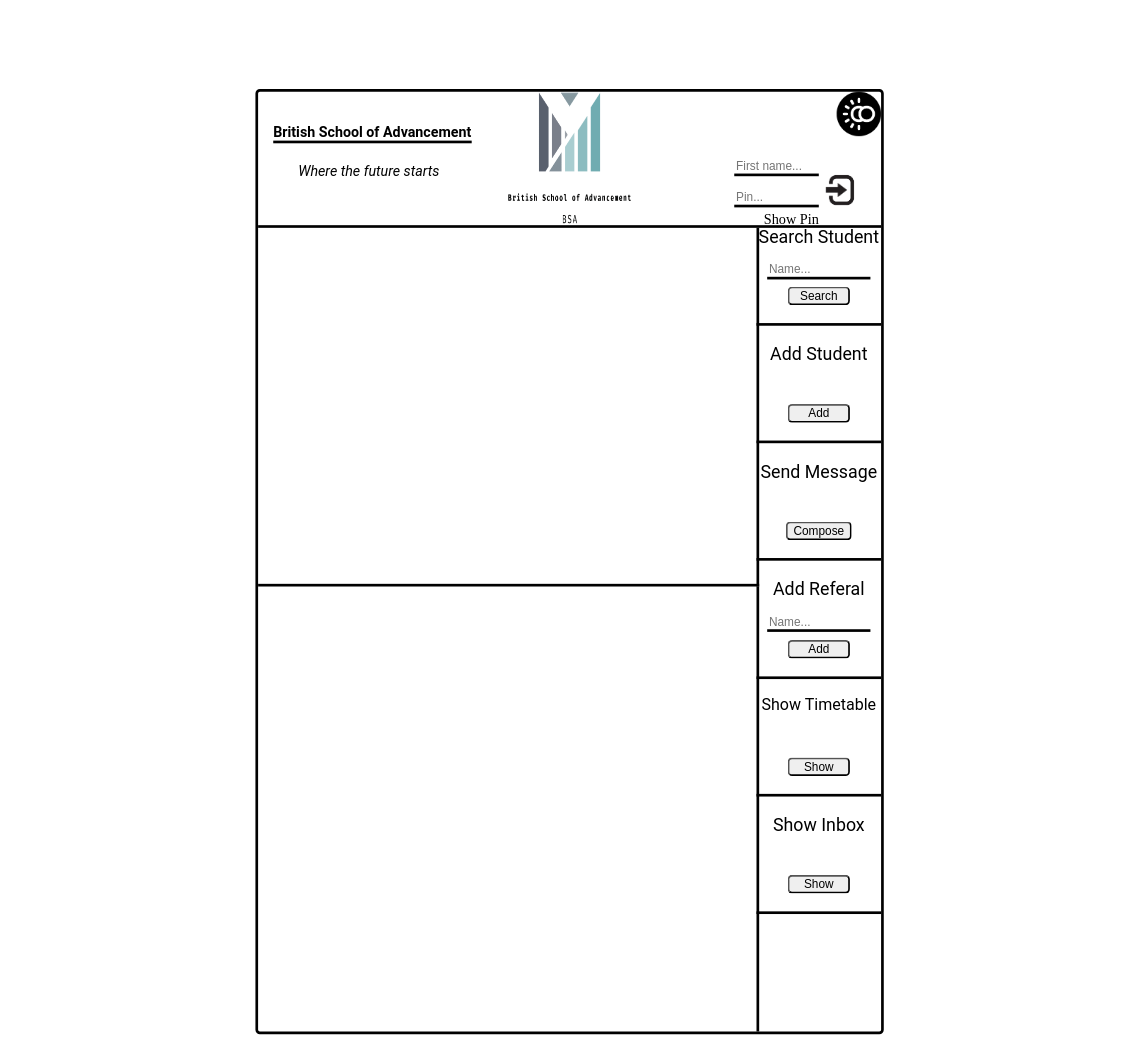
Repository: ghend99/Guardian-Application
Page: index.html
These files come from the project's save history. The page is drawn as it stood at one moment and after the next save; the edit follows.
The browser window is 1280 px wide. The pictures show the whole page, at 89% of full size.

Above is the page before, as saved 2023-06-06 16:41:12.

### index.html
<!DOCTYPE html>
<html lang="en">
  <head>
    <meta charset="UTF-8" />
    <meta http-equiv="X-UA-Compatible" content="IE=edge" />
    <meta name="viewport" content="width=device-width, initial-scale=1.0" />
    <title>Document</title>
    <link rel="stylesheet" href="style.css" />
  </head>
  <body>
    <div id="main-container">
      <div id="header-container">
        <div id="header-container-left-section">
          <p id="header-school-name" class="page-headers">
            British School of Advancement
          </p>
          <p id="header-school-slogan" class="page-headers">
            Where the future starts
          </p>
        </div>
        <div id="header-container-middle-section">
          <img class="header-middle-section-logo" src="./images/logo.png" />
        </div>
        <div id="header-container-right-section">
          <input
            id="header-login-input-fullname"
            class="login-input-fullname login-input input"
            type="text"
            placeholder="First name..."
          />
          <input
            id="header-login-input-pin"
            class="login-input-pin login-input input"
            placeholder="Pin..."
            type="password"
          />
          <p id="show-pin-header">Show Pin</p>
          <img
            id="header-login-button"
            class="login-button"
            src="./images/login-button.png"
          />
          <img class="header-dark-mode-toggle" src="./images/dark-mode.png" />
          <img class="login-modal-open" src="./images/login.png" />
        </div>
      </div>
      <div id="sidebar-container">
        <div id="sidebar-link-container1" class="sidebar-link-container">
          <p class="sidebar-link-header page-headers">Search Student</p>
          <input class="sidebar-input input" placeholder="Name..." />
          <button class="sidebar-search-button submit-button">Search</button>
        </div>
        <div id="sidebar-link-container2" class="sidebar-link-container">
          <p class="sidebar-link-header page-headers">Add Student</p>
          <button id="add-student" class="sidebar-search-button submit-button">
            Add
          </button>
        </div>
        <div id="sidebar-link-container3" class="sidebar-link-container">
          <p class="sidebar-link-header page-headers">Send Message</p>
          <button
            id="compose-message-open"
            class="sidebar-search-button submit-button"
          >
            Compose
          </button>
        </div>
        <div id="sidebar-link-container4" class="sidebar-link-container">
          <p class="sidebar-link-header page-headers">Add Referal</p>
          <input
            id="add-referal-fullname"
            class="sidebar-input input"
            placeholder="Name..."
          />
          <button id="add-referal" class="sidebar-search-button submit-button">
            Add
          </button>
        </div>
        <div id="sidebar-link-container5" class="sidebar-link-container">
          <p
            id="show-timetable-heading"
            class="sidebar-link-header page-headers"
          >
            Show Timetable
          </p>
          <button
            id="timetable-open"
            class="sidebar-search-button submit-button"
          >
            Show
          </button>
        </div>
        <div id="sidebar-link-container6" class="sidebar-link-container">
          <p class="sidebar-link-header page-headers">Show Inbox</p>
          <button id="inbox-open" class="sidebar-search-button submit-button">
            Show
          </button>
        </div>
        <div id="sidebar-link-container7" class="sidebar-link-container">
          <p class="sidebar-link-header page-headers">Update Timetable</p>
          <button
            id="update-timetable"
            class="sidebar-search-button submit-button"
          >
            Show
          </button>
        </div>
      </div>
      <img class="sidebar-open" src="./images/menu.png" />

      <div id="student-information-container">
        <h1
          id="student-information-name-header"
          class="student-information page-headers"
        >
          Student Name:
        </h1>
        <h3 class="student-information student-information-general-header">
          General Information
        </h3>
        <p id="student-information-first-name" class="student-information">
          First Name:
        </p>
        <p id="student-information-last-name" class="student-information">
          Last Name:
        </p>
        <p id="student-information-year" class="student-information">
          Year Group:
        </p>
        <p id="student-information-referals" class="student-information">
          Referals:
        </p>
        <p id="password-reset" class="student-information">Reset Password</p>
      </div>

      <div id="student-management-container">
        <p class="student-management-heading"></p>
        <img id="student-management-close" src="./images/close.png" />
        <div id="timetable-container"></div>
        <div id="inbox-container">
          <div id="inbox-header">
            <p>Date</p>
            <p>Sender</p>
            <p>Reciever</p>
            <p>Subject</p>
            <p>Message</p>
          </div>
          <div id="inbox-line">
            <p></p>
            <p></p>
            <p></p>
            <p></p>
            <p></p>
          </div>
        </div>
      </div>
    </div>

    <div id="login-modal-container">
      <h1 class="login-modal-header modal-header page-headers">Login</h1>
      <img
        id="login-modal-close"
        class="modal-close"
        src="./images/close.png"
      />
      <input
        id="login-modal-fullname"
        class="login-input-fullname login-modal-input input"
        type="text"
        placeholder="Full name..."
      />
      <input
        id="login-modal-pin"
        class="login-input-pin login-modal-input input"
        type="number"
        placeholder="Pin..."
      />
      <p id="login-modal-show-pin">Show Pin</p>
      <input id="login-modal-submit" class="submit-button" type="submit" />
    </div>

    <div id="create-account-container">
      <p id="create-account-header" class="modal-header page-headers">
        Add Student Details
      </p>
      <img
        id="create-account-close"
        class="modal-close"
        src="./images/close.png"
      />
      <input
        id="create-account-first-name"
        class="create-account-input input"
        placeholder="First name..."
      />
      <input
        id="create-account-last-name"
        class="create-account-input input"
        placeholder="Last name..."
      />
      <input
        id="create-account-year"
        class="create-account-input input"
        placeholder="Year..."
      />
      <input
        id="create-account-pin"
        class="create-account-input input"
        placeholder="Year..."
      />

      <input
        id="create-account-repin"
        class="create-account-input input"
        placeholder="Year..."
      />
      <input id="create-account-submit" class="submit-button" type="submit" />
    </div>

    <div id="compose-message-container" class="">
      <p id="compose-message-header" class="modal-header">Compose Message</p>
      <img
        id="compose-message-close"
        class="modal-close"
        src="./images/close.png"
      />
      <input
        id="compose-message-reciever"
        class="compose-message-input input"
        type="text"
        placeholder="Reciever..."
      />
      <input
        id="compose-message-title"
        class="compose-message-input input"
        type="text"
        placeholder="Subject..."
      />
      <textarea
        id="compose-message-text-area"
        placeholder="Message..."
      ></textarea>
      <input id="compose-message-submit" class="submit-button" type="submit" />
    </div>

    <div id="password-reset-container">
      <p id="password-reset-header" class="modal-header page-headers">
        Pin Reset
      </p>
      <img
        id="password-reset-close"
        class="modal-close"
        src="./images/close.png"
      />
      <input
        id="password-reset-old"
        class="password-reset-input input"
        type="number"
        placeholder="Old Pin..."
      />
      <input
        id="password-reset-new"
        class="password-reset-input input"
        type="number"
        placeholder="New Pin..."
      />
      <input
        id="password-reset-new-retype"
        class="password-reset-input input"
        type="number"
        placeholder="New Pin..."
      />
      <input id="password-reset-submit" class="submit-button" type="submit" />
    </div>
    <script src="functions.js"></script>
    <script src="elements.js"></script>
    <script src="buttons.js"></script>
    <script src="message.js"></script>
    <script src="timetable.js"></script>
  </body>
</html>

### style.css
button {
  cursor: pointer;
}

.input {
  background-color: transparent;
  text-decoration: none;
  border: none;
  border-bottom: solid;
  outline: none;
}

.page-headers {
  font-family: "Roboto", Arial;
}

.modal-header {
  font-size: 30px;
  font-weight: bold;
  margin-top: 10px;
}

.dark-mode {
  background-color: black;
  color: white;
  border: solid;
  border-radius: 5px;
}

.input-dark-mode {
  color: white;
  border-color: white;
}

.button-dark-mode {
  color: white;
  background-color: black;
}

#main-container {
  position: relative;
  left: 50%;
  transform: translate(-50%);
  max-width: 50%;
  min-width: 700px;
  max-height: 1200px;
  min-height: 1000px;
  margin-top: 100px;
  border: solid;
  border-radius: 5px;
}

#header-container {
  display: grid;
  grid-template-columns: 1fr 1fr 1fr;
  grid-template-rows: 1fr;
  max-height: 200px;
  min-height: 150px;
  width: 100%;
  border-bottom: solid;
}

#header-school-name {
  position: absolute;
  top: 20px;
  left: 17px;
  font-size: clamp(1rem, 1vw, 2rem);
  font-weight: bold;
  border-bottom: solid;
}

#header-school-slogan {
  position: absolute;
  top: clamp(5%, 70px, 80px);
  left: clamp(45px, 5%, 70px);
  font-size: clamp(0.9rem, 1.5vw, 1rem);
  margin-top: 10px;
  font-style: italic;
}

#header-container-middle-section {
  display: flex;
  justify-content: center;
}

.header-middle-section-logo {
  width: 60%;
}

#header-login-input-fullname {
  position: absolute;
  top: 75px;
  width: 13%;
  right: 10%;
}

#header-login-input-pin {
  position: absolute;
  top: 110px;
  width: 13%;
  right: 10%;
}

#show-pin-header {
  position: absolute;
  top: 135px;
  right: 10%;
  margin: 0;
}

#header-login-button {
  position: absolute;
  width: 50px;
  right: 3%;
  top: 85px;
}

.header-dark-mode-toggle {
  position: absolute;
  width: 50px;
  top: 0;
  right: 0;
  cursor: pointer;
}

.login-modal-open {
  display: none;
}

#sidebar-container {
  position: absolute;
  display: grid;
  grid-template-columns: 1fr;
  grid-template-rows: 1fr 1fr 1fr 1fr 1fr 1fr 1fr;
  right: 0;
  bottom: 0;
  max-width: 30%;
  min-width: 20%;
  max-height: 1000px;
  min-height: 925px;
}

#sidebar-link-container1 {
  justify-content: center;
}

/* #sidebar-link-container6 {
  border-bottom: none;
} */

#sidebar-link-container7 {
  display: none;
  border-bottom: none;
}

.sidebar-link-container {
  position: relative;
  display: flex;
  justify-content: center;
  border-bottom: solid;
}

.sidebar-link-header {
  position: absolute;
  font-size: 20px;
}

.sidebar-input {
  position: absolute;
  margin-top: 60px;
  width: 80%;
}

.sidebar-search-button {
  position: absolute;
  max-width: 75%;
  min-width: 70px;
  bottom: 20px;
  border-radius: 5px;
}

.sidebar-open {
  position: absolute;
  width: 50px;
  right: 0;
  top: 155px;
  display: none;
}

#student-information-container {
  max-height: 800px;
  min-height: 400px;
  max-width: 80%;
  min-width: 50%;
  border-bottom: solid;
  border-right: solid;
}

#student-information-name-header {
  font-size: 30px;
  font-weight: bold;
  border-bottom: solid;
  width: fit-content;
  margin-left: 30px;
  margin-top: 0;
}

.student-information {
  margin-left: 40px;
  display: none;
}

.student-information-general-header {
  font-size: 24px;
  font-weight: bold;
  padding-left: 40px;
}

#password-reset {
  border-bottom: solid;
  font-weight: bold;
  width: fit-content;
  cursor: pointer;
}

#student-management-container {
  max-width: 80%;
  min-width: 50%;
  max-height: 600px;
  min-height: 500px;
  border-right: solid;
}

.student-management-heading {
  display: inline-block;
  font-size: 30px;
  margin: 0;
  margin-left: 20px;
  width: fit-content;
}

#student-management-close {
  position: absolute;
  bottom: 45.7%;
  right: 21%;
  width: 30px;
  cursor: pointer;
  display: none;
}

#timetable-container {
  position: relative;
  display: grid;
  grid-gap: 1em;
  grid-template-rows: repeat(var(--grid-rows), 1fr);
  grid-template-columns: repeat(var(--grid-cols), 1fr);
  /* top: 50px; */
  overflow: scroll;
  max-height: 90%;
  min-height: 466px;
  /* max-width: 99.6%;
  min-width: 250px; */
  display: none;
}

:root {
  --grid-cols: 1;
  --grid-rows: 1;
}

.grid-item {
  padding: 1em;
  border: 1px solid #ddd;
  text-align: center;
}

#timetable-input {
  width: 100px;
}

#inbox-container {
  max-height: 90%;
  min-height: 466px;
  max-width: 99.6%;
  min-width: 250px;
  display: none;
}

#inbox-header {
  position: relative;
  display: grid;
  grid-template-columns: 1fr 1fr 1fr 1fr 1fr;
  grid-template-rows: 1fr;
  width: 100%;
  height: 50px;
  /* background-color: aqua; */
  overflow-y: auto;
  font-family: "Roboto", Arial;
}

#inbox-line {
  position: relative;
  display: grid;
  grid-template-columns: 1fr 1fr 1fr 1fr 1fr;
  grid-template-rows: 1fr;
  row-gap: 20px;
  width: 100%;
  height: 50px;
  /* background-color: darkorange; */
  overflow-y: auto;
  font-family: "EB Garamond", Arial;
}

#login-modal-container,
#create-account-container,
#compose-message-container,
#password-reset-container {
  position: absolute;
  left: 50%;
  top: 30%;
  transform: translate(-50%);
  text-align: center;
  border: solid;
  border-radius: 5px;
  display: none;
}

#login-modal-container {
  max-width: 40%;
  min-width: 300px;
  max-height: 400px;
  min-height: 300px;
  text-align: center;
  border: solid;
  border-radius: 5px;
  display: none;
  background-color: whitesmoke;
  cursor: pointer;
}

#login-modal-fullname {
  position: absolute;
  top: 120px;
  left: 50px;
}

#login-modal-pin {
  position: absolute;
  top: 170px;
  left: 50px;
}

#login-modal-show-pin {
  position: absolute;
  top: 200px;
  left: 50px;
  margin: 0;
  font-size: 14px;
  cursor: pointer;
}

#login-modal-submit {
  left: 15%;
}

#login-modal-submit,
#create-account-submit,
#compose-message-submit,
#password-reset-submit {
  position: absolute;
  bottom: 20px;
  max-height: 60px;
  min-height: 30px;
  max-width: 20%;
  min-width: 200px;
}

#create-account-container {
  max-width: 60%;
  min-width: 400px;
  max-height: 600px;
  min-height: 500px;
}

.create-account-input,
.compose-message-input,
.password-reset-input {
  position: absolute;
  left: 30px;
}

#create-account-first-name {
  top: 80px;
}

#create-account-last-name {
  top: 150px;
}

#create-account-year {
  top: 220px;
}

#create-account-pin {
  top: 290px;
}

#create-account-submit {
  left: 25%;
}

#create-account-repin {
  position: absolute;
  top: 360px;
  left: 30px;
}

#compose-message-container {
  max-width: 60%;
  min-width: 400px;
  max-height: 600px;
  min-height: 500px;
}

.modal-close {
  position: absolute;
  width: 30px;
  right: 0;
  top: 0;
  cursor: pointer;
}

#compose-message-reciever {
  top: 80px;
}

#compose-message-title {
  top: 130px;
}

#compose-message-text-area {
  position: absolute;
  top: 35%;
  left: 30px;
  max-height: 80%;
  min-height: 230px;
  max-width: 100%;
  min-width: 280px;
}

#compose-message-submit {
  left: 25%;
}

#password-reset-container {
  max-width: 40%;
  min-width: 300px;
  max-height: 400px;
  min-height: 300px;
}

#password-reset-new {
  top: 120px;
}

#password-reset-new-retype {
  top: 165px;
}

#password-reset-submit {
  left: 17%;
}

@media screen and (min-width: 0) and (max-width: 1600px) {
  #show-timetable-heading {
    font-size: 18px;
  }
}

@media screen and (min-width: 0) and (max-width: 720px) {
  #main-container {
    max-width: 600px;
    min-width: 300px;
  }

  #header-container {
    grid-template-columns: 1fr 1fr;
  }

  .header-middle-section-logo,
  #header-login-input-fullname,
  #header-login-input-pin,
  #show-pin-header,
  #header-login-button {
    display: none;
  }

  .login-modal-open {
    position: absolute;
    display: block;
    right: 0;
    top: 100px;
    width: 50px;
  }

  #sidebar-container {
    display: none;
  }

  .sidebar-link-header {
    font-size: 12px;
  }

  .sidebar-open {
    display: block;
  }

  .student-information-name-header {
    margin-left: 15px;
  }

  .student-information-general-header {
    margin-left: 25px;
    padding: 0;
  }

  .student-information {
    margin-left: 28px;
  }
}

### message.js
const sendMessage = function () {
  const message = composeMessageText.value;
  const subject = composeMessageSubject.value;
  const reciever = composeMessageReciever.value;
  const target = students.find((stu) => stu.fullName === `${reciever}`);
  const date = new Date(Date.now()).toLocaleString();
  console.log(date);
  console.log(message, subject, reciever, target);
  if (target === undefined) {
    alert("Not a valid message reciercer");
  } else {
    target.inbox.push(message);
    target.from.push(currentAccount.fullName);
    target.subject.push(subject);
    target.date.push(date);
    // currentAccount.sent.push(message);
    // currentAccount.date.push(date);
    composeMessageReciever.value = "";
    composeMessageText.value = "";
    composeMessageSubject.value = "";
    localStorage.setItem("students", JSON.stringify(students));
    alert("Message Sent");
    // updateInbox(target, currentAccount, message, subject);
  }
};

// const updateInbox = function (target, currentAccount, message, subject) {
//   const html = ` <div id="inbox-line">
//   <p>${new Date(Date.now()).toLocaleString()}</p>
//   <p>${currentAccount.fullName}</p>
//   <p>${target.fullName}</p>
//   <p>${subject}</p>
//   <p>${message}</p>
// </div>
//   `;
//   inboxLine.insertAdjacentHTML("beforebegin", html);
// };

const updateInboxLoad = function (target) {
  getStudentsLocalStorage();
  for (let i = 0; i < currentAccount.inbox.length; i++) {
    const html = `<div id="inbox-line">
  <p>${currentAccount.date[i]}</p>
  <p>${currentAccount.from[i]}</p>
  <p>${currentAccount.fullName}</p>
  <p>${currentAccount.subject[i]}</p>
  <p>${currentAccount.inbox[i]}</p>
</div>
  `;
    inboxLine.insertAdjacentHTML("beforebegin", html);
  }
};
// updateInboxLoad();

Loaded but not shown: timetable.js (295 lines, source omitted); functions.js (221 lines, source omitted); elements.js (95 lines, source omitted); buttons.js (105 lines, source omitted)

After the next save:
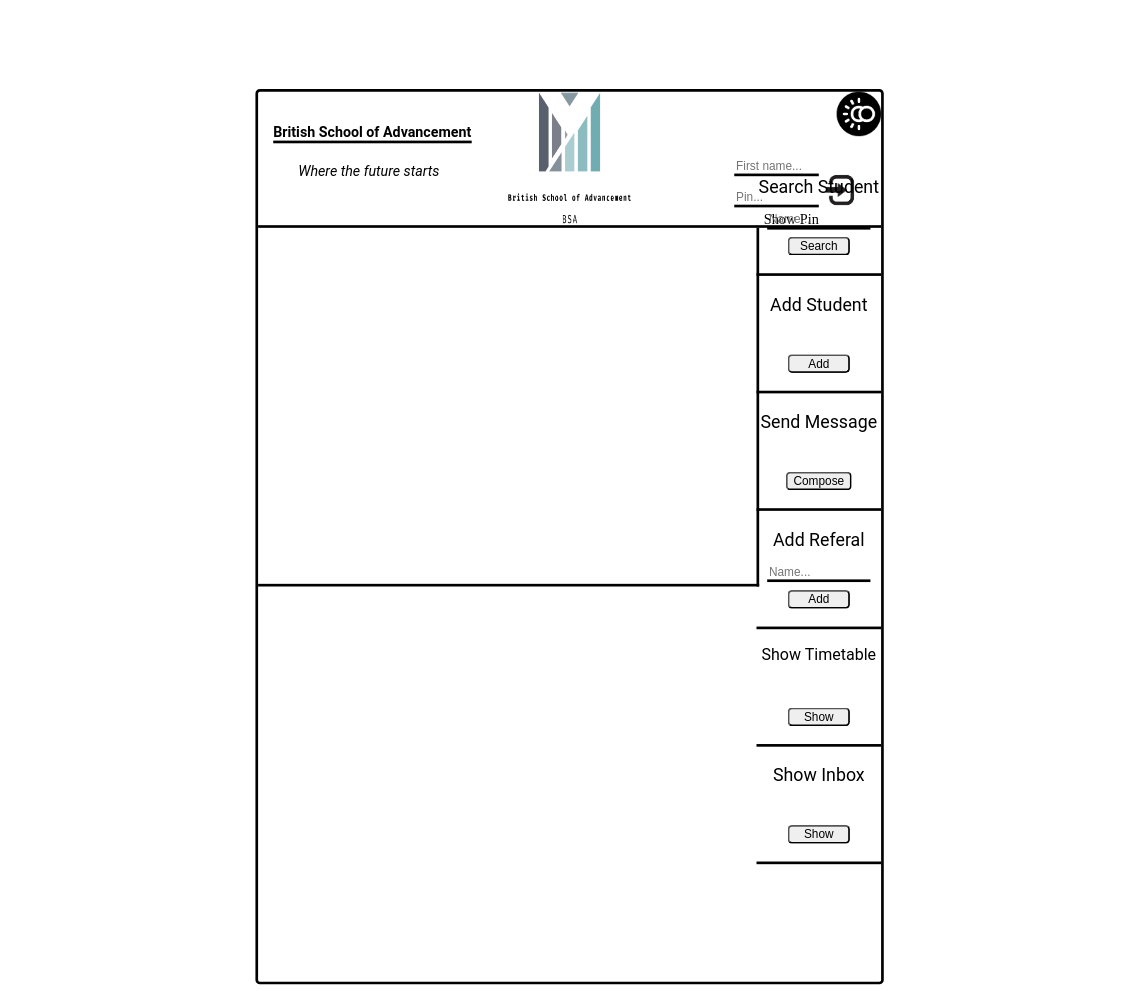
Saved 11 s later.
--- a/style.css
+++ b/style.css
@@ -229,6 +229,7 @@
   max-height: 600px;
   min-height: 500px;
   border-right: solid;
+  display: none;
 }
 
 .student-management-heading {
@@ -245,7 +246,6 @@
   right: 21%;
   width: 30px;
   cursor: pointer;
-  display: none;
 }
 
 #timetable-container {

After the save that followed:
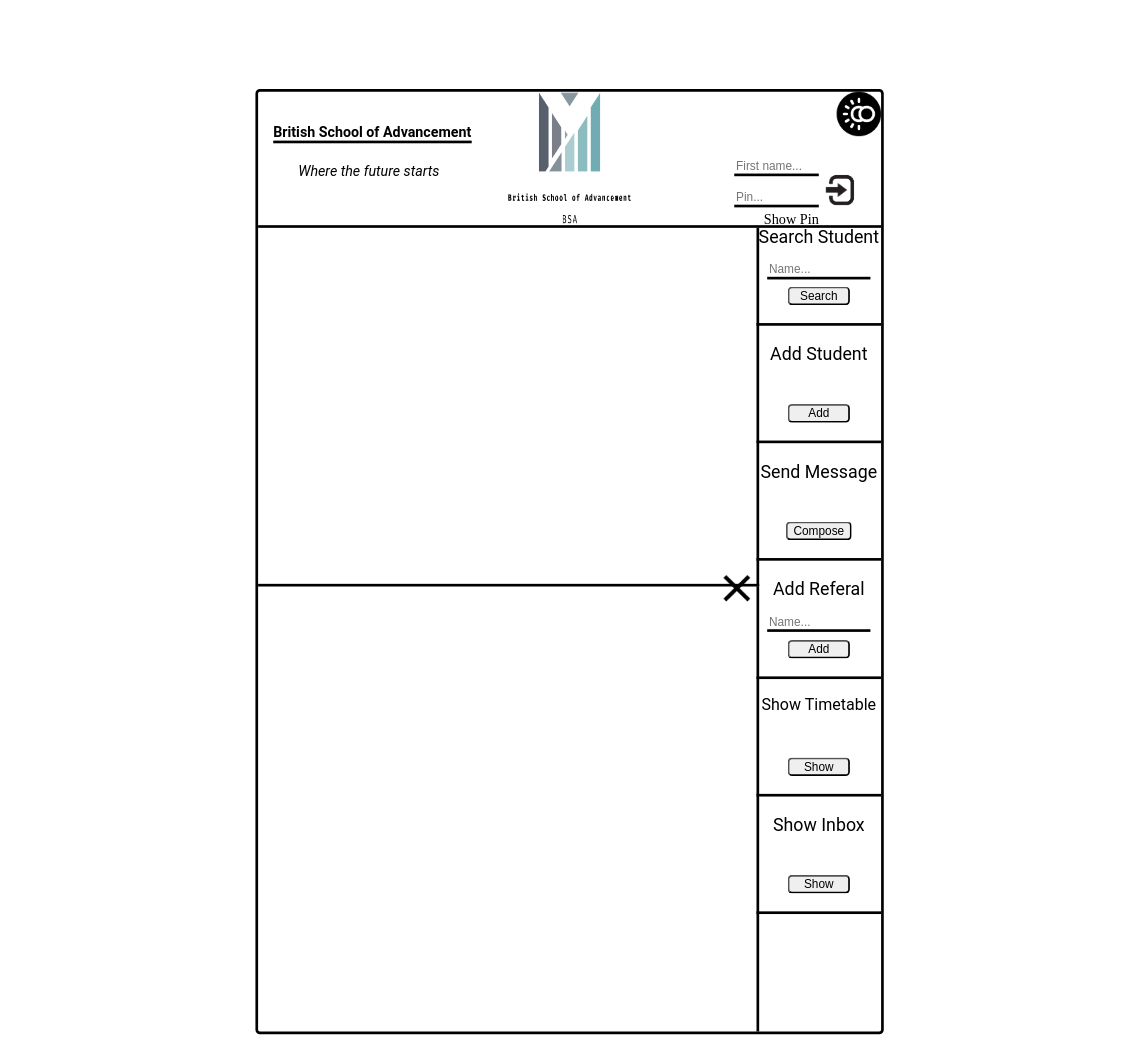
Saved 57 s later.
--- a/style.css
+++ b/style.css
@@ -229,7 +229,6 @@
   max-height: 600px;
   min-height: 500px;
   border-right: solid;
-  display: none;
 }
 
 .student-management-heading {
